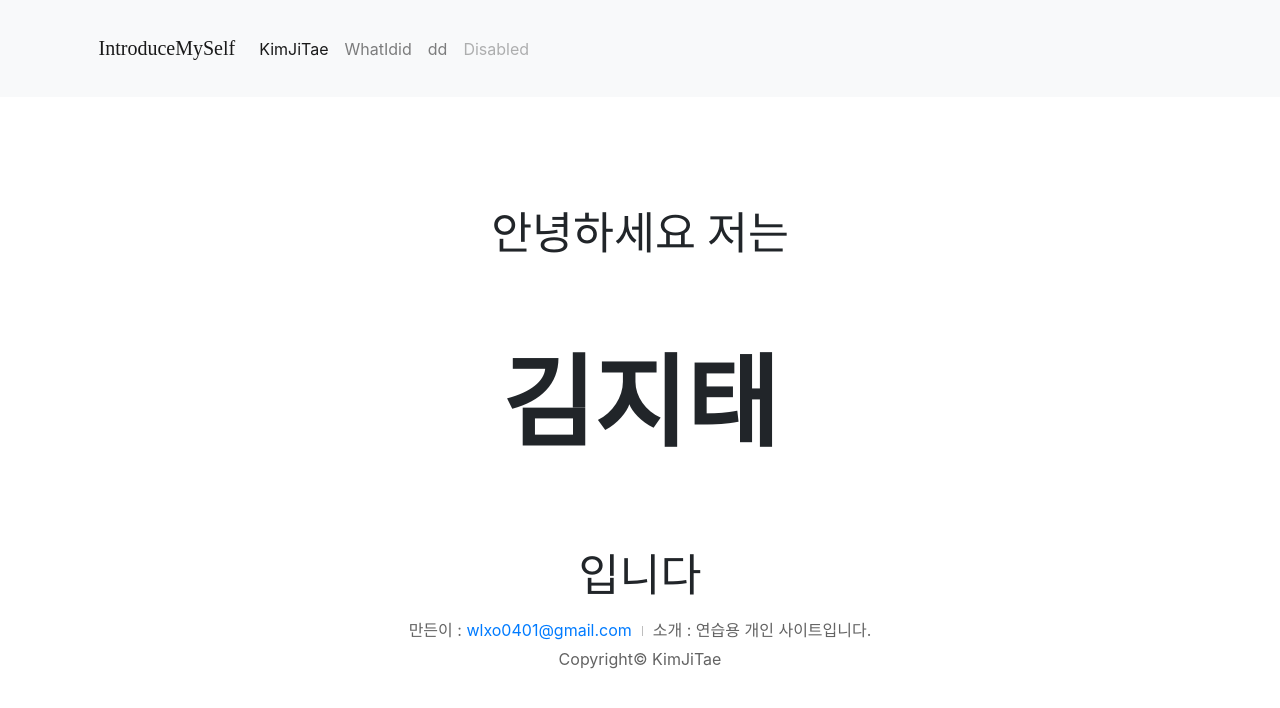
Repository: wlxo0401/IntroduveMySelf
Page: IntroduceMySelf/WebContent/KimJiTae.html
An editor plug-in stored every save of this project. The page is shown before and after the next save, followed by the edit.
The browser window is 1280 px wide. The pictures show the whole page.

Above is the page before, as saved 2020-03-11 06:38:37.

After the next save:
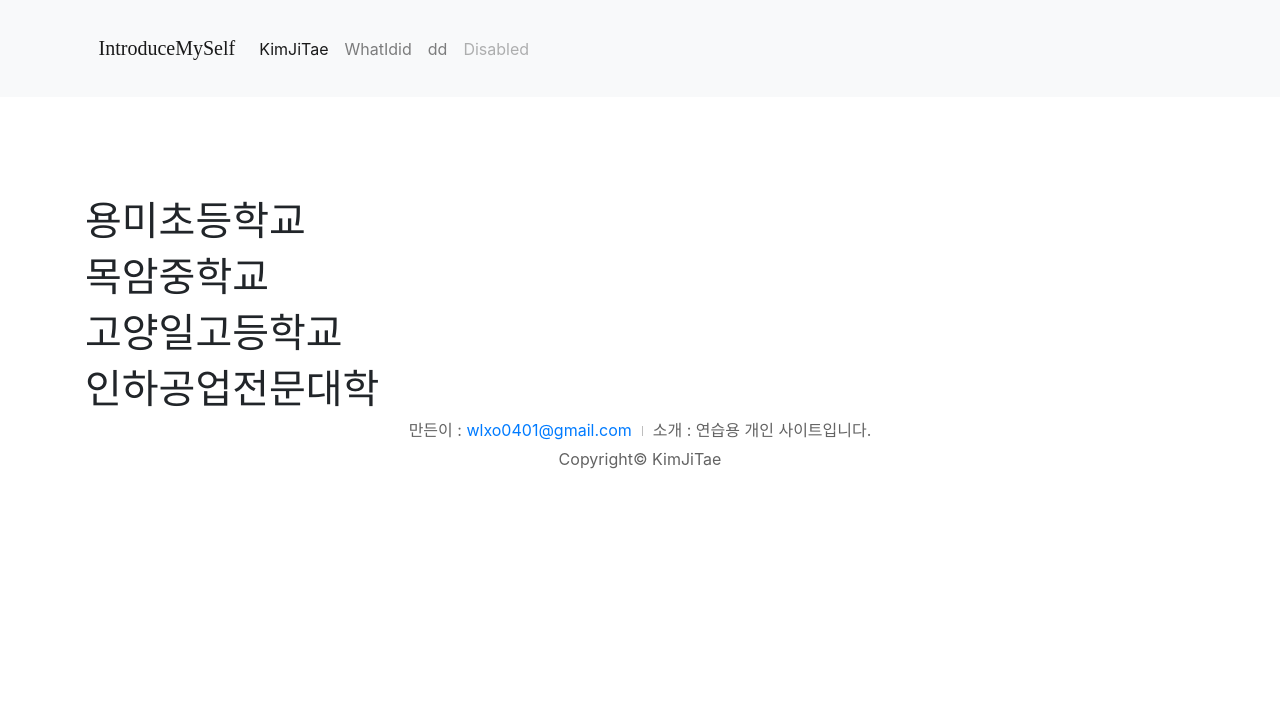
Saved 53 s later.
--- a/IntroduceMySelf/WebContent/KimJiTae.html
+++ b/IntroduceMySelf/WebContent/KimJiTae.html
@@ -42,10 +42,16 @@
 	<!-- //header -->
 	<!-- container -->
 	<div class = "container">
-		<!-- <img src="img/kimjitae1.jpg" id="bg" alt=""> -->
-		<h1 class = "maintitle2">안녕하세요 저는</h2>
-		<h1 class = "maintitle1">김지태</h1>
-		<h1 class = "maintitle2">입니다</h2>
+		<h1>용미초등학교</h1>
+
+		<h1>목암중학교</h1>
+
+		<h1>고양일고등학교</h1>
+
+		<h1>인하공업전문대학</h1>
+
+
+
 	</div>
 	<!-- //container -->
 	<!-- footer -->
